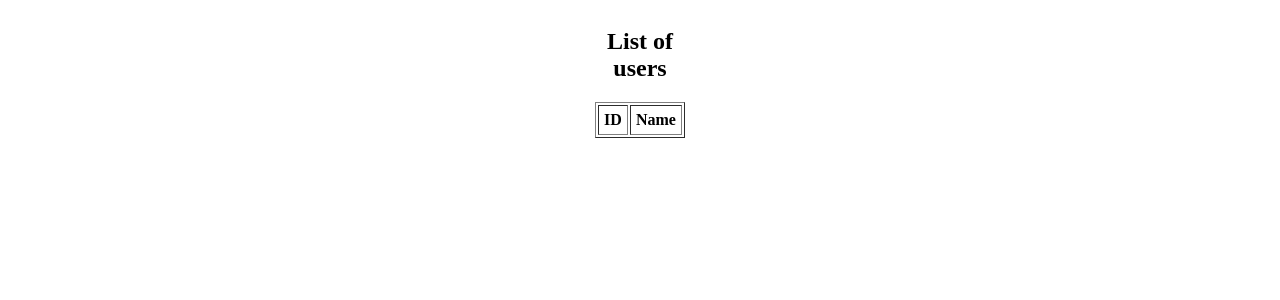
Repository: yashmodi2429/Programs
Page: http://localhost/Employee/showalldetails.jsp
An editor plug-in stored every save of this project. The page is shown before and after the next save, followed by the edit.
The browser window is 1280 px wide. The pictures show the whole page.
The page is served by Tomcat 9. Queries for data that is not in the repository find no rows.

Above is the page before, as saved 2019-02-26 08:02:45.

After the next save:
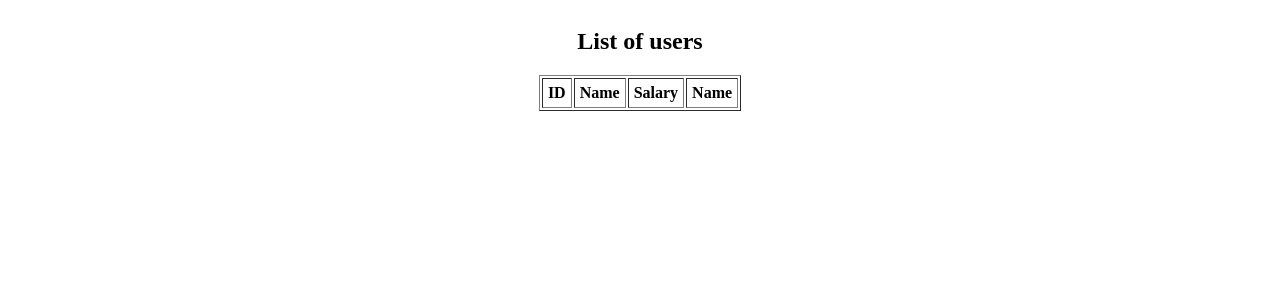
Saved 32 s later.
--- a/Employee/WebContent/showalldetails.jsp
+++ b/Employee/WebContent/showalldetails.jsp
@@ -28,7 +28,8 @@
             <tr>
                 <th>ID</th>
                 <th>Name</th>
-
+                <th>Salary</th>
+                <th>Name</th>
             </tr>
             <c:forEach var="user" items="${listUsers.rows}">
                 <tr>
